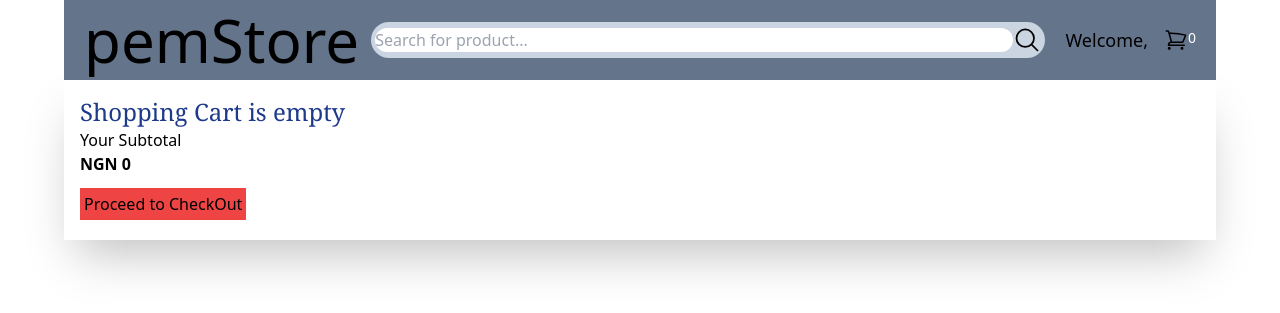
Repository: Semanmernstack/pemstore
Page: /checkout
These files come from the project's save history. The page is drawn as it stood at one moment and after the next save; the edit follows.
The browser window is 1280 px wide. The pictures show the whole page.
The page's requests for data from a server got no answer. The project was rebuilt for these pictures with package versions that can differ from the ones it lists, and the page was loaded fresh each time. The framework's server and built-in components were replaced by stand-ins that run in the browser. No one was signed in, and anything a server would have sent is missing. Also part of the build but not shown: next.config.js, components/CheckoutProduct.js.

Above is the page before, as saved 2022-11-06 04:58:39.

### pages/_app.js
import '../styles/globals.css'
import { SessionProvider } from "next-auth/react"
import { Provider } from 'react-redux'
import { store } from '../store'


function MyApp({ Component, pageProps: { session, ...pageProps }, }) {
  return (
    <SessionProvider session={session}>
      <Provider store={store}  >
        <Component {...pageProps} />
      </Provider>


    </SessionProvider>
  )
}

export default MyApp

### pages/checkout.js
import { useSession } from 'next-auth/react'
import React from 'react'
import { useSelector } from 'react-redux'
import CheckoutProduct from '../components/CheckoutProduct'
import Header from '../components/Header'
import { selectItems } from '../slices/basketSlice'

function Checkout() {
    const { data: session } = useSession()
    const items = useSelector(selectItems)
  return (
    <div  className=" mx-auto max-w-6xl "  >
        <Header />
        <div className="h-40 p-4 shadow-2xl">
        <div className="flex items-center  text-lg md:text-xl lg:text-2xl font-serif text-blue-900 space-x-4 ">
            <h1>{items.length === 0 ? "Shopping Cart is empty"  : "This is your pemStore Shopping Cart" }   </h1>
            <p>{session?.user.name}</p>
        </div>
        <div>
            <h1>Your Subtotal</h1>
            <span className="font-extrabold">NGN 0</span>
        </div>
        <button className="  bg-red-500 p-1 mt-3  cursor-pointer">Proceed to CheckOut</button>
        </div>

        {items.map((item, i) => (
            <CheckoutProduct
                key={i}
                id={item.id}
                title={item.title}
                price={item.price}
                description={item.description}
                category={item.category}
                image={item.image}
            />
        ))}



    </div>
  )
}

export default Checkout

### store.js
import { configureStore } from '@reduxjs/toolkit';
import  basketReducer  from "./slices/basketSlice"
// ...

export const store = configureStore({
  reducer: {
    basket: basketReducer,


  },
})

### components/Header.js
import React from 'react'
import { useSession, signIn, signOut } from "next-auth/react"
import { useRouter } from 'next/router'
import { useSelector } from 'react-redux'
import { selectItems } from '../slices/basketSlice'

function Header() {
    const { data: session } = useSession()
    const router = useRouter()
    const items = useSelector(selectItems)

    return (
      <div className="flex  items-center   h-20 md:p-2  lg:p-5 bg-slate-500  sticky top-0 z-20">
          <div onClick={() => router.push("/")} className="mr-3  text-3xl md:text-5xl lg:text-6xl">
              <h1 className="cursor-pointer">pemStore</h1>
          </div>
          <div className="flex items-center flex-grow bg-slate-300 p-1 cursor-pointer rounded-full ">
              <input className="outline-none  rounded-full flex-grow   " type="text" placeholder="Search for product..." />
              <svg className="h-7 w-7"   xmlns="http://www.w3.org/2000/svg" fill="none" viewBox="0 0 24 24" strokeWidth={1.5} stroke="currentColor" >
                  <path strokeLinecap="round" strokeLinejoin="round" d="M21 21l-5.197-5.197m0 0A7.5 7.5 0 105.196 5.196a7.5 7.5 0 0010.607 10.607z" />
              </svg>
          </div>
          <div className="flex items-center  mx-2 lg:text-2xl">
          <div  onClick={!session ? signIn : signOut} className="flex items-center cursor-pointer text-sm md:text-lg mx-3">

              <p className="mr-1"> Welcome,</p>
              <p>{session?.user.name}</p>

          </div>
          <div onClick={() => router.push("/checkout")} className="relative flex items-center ">
              <svg xmlns="http://www.w3.org/2000/svg" fill="none" viewBox="0 0 24 24" strokeWidth={1.5} stroke="currentColor" className="w-6 h-6">
                  <path strokeLinecap="round" strokeLinejoin="round" d="M2.25 3h1.386c.51 0 .955.343 1.087.835l.383 1.437M7.5 14.25a3 3 0 00-3 3h15.75m-12.75-3h11.218c1.121-2.3 2.1-4.684 2.924-7.138a60.114 60.114 0 00-16.536-1.84M7.5 14.25L5.106 5.272M6 20.25a.75.75 0 11-1.5 0 .75.75 0 011.5 0zm12.75 0a.75.75 0 11-1.5 0 .75.75 0 011.5 0z" />
              </svg>
              <p className="absolute left-6 top-0 text-sm text-white   ">{items?.length}</p>
          </div>
          </div>

      </div>
    )
  }

  export default Header

### slices/basketSlice.js
import { createSlice } from '@reduxjs/toolkit';

const initialState = {
    items: [],
};




export const basketSlice = createSlice({
    name: "basket",
    initialState,
    // The `reducers` field lets us define reducers and generate associated actions
    reducers: {
        addtoBasket: (state, action) => {
            state.items = [...state.items, action.payload]
        },
        removeFromBasket: (state, action) => {
            const index = state.items.findIndex(
                (basketItem) => basketItem.id === action.payload.id
            )
            let newBasket = [...state.items];
            if (index >= 0) {
                newBasket.splice(index, 1)
            } else {
                console.warn(
                    `you cant remove product {id: ${action.payload.id}} as its not added`
                )
            }
            state.items = newBasket;
        }




    },

});

export const { addtoBasket, removeFromBasket } = basketSlice.actions;



export const selectItems = (state) => state.basket?.items;

export default basketSlice.reducer;

Loaded but not shown: styles/globals.css (common file); tailwind.config.js (common file)

After the next save:
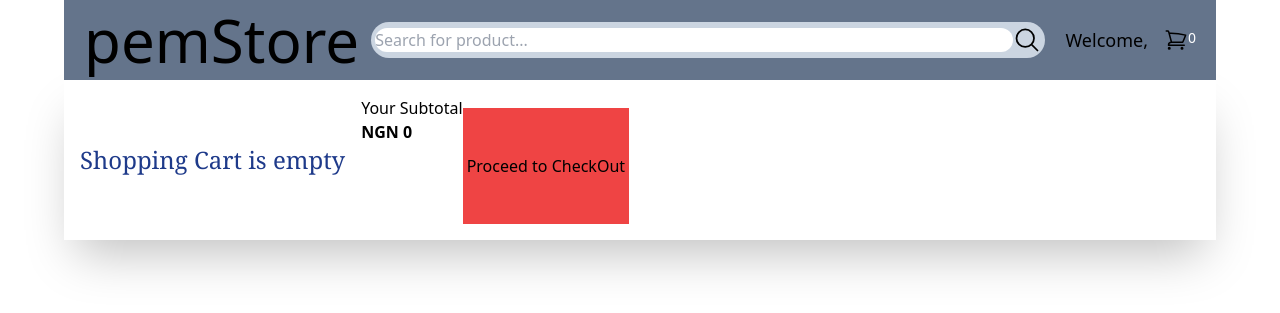
Saved 18 s later.
--- a/pages/checkout.js
+++ b/pages/checkout.js
@@ -11,7 +11,7 @@ function Checkout() {
   return (
     <div  className=" mx-auto max-w-6xl "  >
         <Header />
-        <div className="h-40 p-4 shadow-2xl">
+        <div className="h-40 p-4 shadow-2xl flex">
         <div className="flex items-center  text-lg md:text-xl lg:text-2xl font-serif text-blue-900 space-x-4 ">
             <h1>{items.length === 0 ? "Shopping Cart is empty"  : "This is your pemStore Shopping Cart" }   </h1>
             <p>{session?.user.name}</p>
